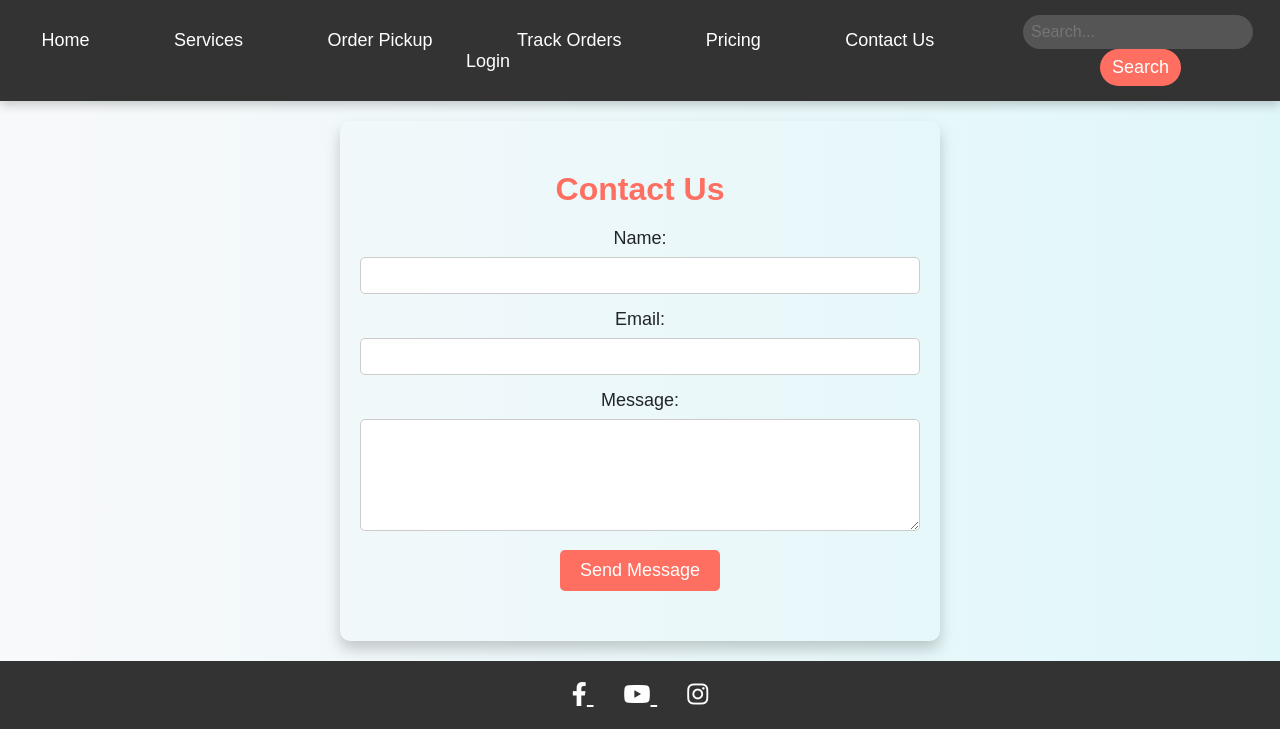
Repository: wmrmweerakoon/Online-Laundry-Management-System
Page: http://localhost/LaundryManagementSystem/contact.jsp
These files come from the project's save history. The page is drawn as it stood at one moment and after the next save; the edit follows.
The browser window is 1280 px wide. The pictures show the whole page.
The page is served by Tomcat 9. Other server files are loaded and not shown.

Above is the page before, as saved 2024-10-13 08:19:06.

### Projects/LaundryManagementSystem/src/main/webapp/contact.jsp
<%@ page language="java" contentType="text/html; charset=UTF-8"
    pageEncoding="UTF-8"%>
<!DOCTYPE html>
<html lang="en">
<head>
    <meta charset="UTF-8">
    <meta name="viewport" content="width=device-width, initial-scale=1.0">
    <title>Online Laundry Management System</title>
    <link rel="stylesheet" href="CSS/contact.css">
    <link rel="stylesheet" href="https://cdnjs.cloudflare.com/ajax/libs/font-awesome/6.0.0-beta3/css/all.min.css">

</head>
<body>
    <header>
        <nav>
            <ul>
                <li><a href="home.jsp">Home</a></li>
                <li><a href="services.jsp">Services</a></li>
                <li><a href="order.jsp">Order Pickup</a></li>
                <li><a href="track.jsp">Track Orders</a></li>
                <li><a href="pricing.jsp">Pricing</a></li>
                <li><a href="contact.jsp">Contact Us</a></li>
                <li><a href="Login.jsp">Login</a></li>
            </ul>
            <div class="search-container">
                <input type="text" id="search" placeholder="Search...">
                <button onclick="performSearch()">Search</button>
            </div>
        </nav>
    </header>
    </html>

    <section class="contact-section">
        <h1>Contact Us</h1>
        <form id="contact-form" action="/contactServlet" method="POST" >
            <label for="name">Name:</label>
            <input type="text" id="name" name="name" required>

            <label for="email">Email:</label>
            <input type="email" id="email" name="email" required>

            <label for="message">Message:</label>
            <textarea id="message" name="message" rows="6" required></textarea>

            <button type="submit">Send Message</button>
        </form>
    </section>

    <!-- Social Media Footer -->
    <footer class="social-media">
        <a href="https://www.facebook.com" target="_blank" class="social-icon">
            <i class="fab fa-facebook-f"></i>
        </a>
        <a href="https://www.youtube.com" target="_blank" class="social-icon">
            <i class="fab fa-youtube"></i>
        </a>
        <a href="https://www.instagram.com" target="_blank" class="social-icon">
            <i class="fab fa-instagram"></i>
        </a>
    </footer>

    <script >

document.getElementById('contact-form').addEventListener('submit', function(event) {
    event.preventDefault(); // Prevent the default form submission

    const name = document.getElementById('name').value;
    const email = document.getElementById('email').value;
    const message = document.getElementById('message').value;

    if (!name || !email || !message) {
        alert('Please fill out all fields.');
        return;
    }

    if (!validateEmail(email)) {
        alert('Please enter a valid email address.');
        return;
    }

    alert('Your message has been sent successfully!');
    // Here you can add code to send the form data to a server or an email service.
});

function validateEmail(email) {
    const re = /^[^\s@]+@[^\s@]+\.[^\s@]+$/;
    return re.test(String(email).toLowerCase());
}

    </script>

### Projects/LaundryManagementSystem/src/main/webapp/CSS/contact.css
@charset "UTF-8";
/* Define CSS Variables for easy customization */
:root {
    --primary-color: #ff6f61; /* Coral Pink */
    --secondary-color: #ff9a76; /* Light Coral */
    --accent-color: #ffffff; /* White */
    --hover-color: #ff4824; /* Darker Coral */
    --menu-bg-color: #333; /* Darker gray for menu bar */
    --menu-hover-bg-color: #444; /* Slightly lighter gray for hover */
    --menu-text-color: #ffffff; /* White text for contrast */
    --search-bar-bg: #555; /* Medium dark background for search bar */
    --bg-gradient-start: #f8f9fa; /* Light Gradient Start */
    --bg-gradient-end: #e0f7fa;  /* Light Teal Gradient End */
    --text-primary: #212529; /* Darker text color */
    --button-hover-color: #ff4824; /* Deep Coral */
}

* {
    margin: 0;
    padding: 0;
    box-sizing: border-box;
}

body {
    font-family: 'Arial', sans-serif;
    background: linear-gradient(to right, var(--bg-gradient-start), var(--bg-gradient-end));
    color: var(--text-primary);
}

/* Darker Menu Bar */
header {
    background-color: var(--menu-bg-color);
    padding: 15px 0;
    box-shadow: 0 4px 10px rgba(0, 0, 0, 0.2);
}

nav {
    text-align: center;
    display: flex;
    justify-content: center;
    align-items: center;
    position: relative;
}

nav ul {
    list-style-type: none;
}

nav ul li {
    display: inline-block;
    margin: 0 20px;
    position: relative;
}

nav ul li a {
    color: var(--menu-text-color); /* White text on darker background */
    text-decoration: none;
    font-size: 18px;
    padding: 12px 20px;
    transition: background-color 0.3s ease, transform 0.2s ease;
    position: relative;
    border-radius: 8px;
}

nav ul li a:hover {
    background-color: var(--menu-hover-bg-color); /* Slightly lighter gray */
    transform: scale(1.05);
    box-shadow: 0 4px 10px rgba(0, 0, 0, 0.2);
}

nav ul li a::after {
    content: '';
    position: absolute;
    width: 0;
    height: 3px;
    background-color: var(--primary-color); /* Coral underline on hover */
    left: 0;
    bottom: 0;
    transition: width 0.3s ease;
}

nav ul li a:hover::after {
    width: 100%;
}

/* Search Bar */
.search-container {
    display: inline-block;
    vertical-align: middle;
    margin-left: 20px;
}

.search-container input {
    padding: 8px;
    font-size: 16px;
    border: none;
    border-radius: 20px;
    width: 230px;
    background-color: var(--search-bar-bg); /* Medium dark background for search */
    color: var(--accent-color); /* White text in search bar */
    outline: none;
    transition: all 0.3s ease;
}

.search-container input:focus {
    width: 270px;
    background-color: #666;
}

.search-container button {
    padding: 8px 12px;
    background-color: var(--primary-color);
    color: var(--accent-color);
    border: none;
    border-radius: 20px;
    cursor: pointer;
    margin-left: 5px;
}

.search-container button:hover {
    background-color: var(--hover-color);
    box-shadow: 0 4px 6px rgba(0, 0, 0, 0.2);
}

/* Home Section */
.home-section {
    text-align: center;
    padding: 100px 20px;
    background-color: transparent; /* Let the gradient background show */
}

h1 {
    font-size: 42px;
    color: var(--primary-color);
    margin-bottom: 20px;
}

p {
    font-size: 20px;
    color: var(--text-primary);
    margin-bottom: 30px;
}

button {
    padding: 10px 20px;
    font-size: 18px;
    background-color: var(--primary-color);
    color: var(--accent-color);
    border: none;
    cursor: pointer;
    border-radius: 20px;
    transition: background-color 0.3s ease, transform 0.3s ease;
}

button:hover {
    background-color: var(--button-hover-color);
    transform: scale(1.05);
}
/* Slider Styling */
.slider {
    width: 90%;
    max-width: 900px;
    margin: 40px auto;
    position: relative;
    overflow: hidden;
    border-radius: 15px;
    box-shadow: 0 8px 15px rgba(0, 0, 0, 0.3);
}

.slider-img {
    width: 110%;
    height: 250px; /* Reduced height */
    object-fit: cover;
    border-radius: 15px;
    transition: transform 0.3s ease-in-out;
    transform: translateX(-5%);
}

.slider-img:hover {
    transform: scale(1.05) translateX(-5%);
}



/* New Information Section Styling */
.info-section {
    text-align: center;
    padding: 50px 20px;
    background-color: var(--bg-gradient-start); /* Light background to complement the page */
    color: var(--text-primary);
}

.info-section h2 {
    font-size: 32px;
    color: var(--primary-color);
    margin-bottom: 20px;
}

.info-section p {
    font-size: 18px;
    margin-bottom: 20px;
}

.info-section ul {
    list-style-type: none;
    padding: 0;
}

.info-section ul li {
    font-size: 18px;
    padding: 10px 0;
}
/* Image Row Styling */
.image-row {
    display: flex;
    justify-content: center;
    align-items: center;
    gap: 20px; /* Space between images */
    margin: 40px 0;
}

.image-small {
    width: 200px;
    height: auto; /* Maintain aspect ratio */
    border-radius: 10px;
    box-shadow: 0 4px 10px rgba(0, 0, 0, 0.2);
    transition: transform 0.3s ease, box-shadow 0.3s ease;
}

.image-small:hover {
    transform: scale(1.05);
    box-shadow: 0 8px 16px rgba(0, 0, 0, 0.3);
}
/* Social Media Links Styling */
/* Social Media Icons */
.social-media {
    text-align: center;
    padding: 20px 0;
    background-color: var(--menu-bg-color); /* Match the menu bar color */
}

.social-media a {
    color: var(--accent-color);
    font-size: 24px;
    margin: 0 15px;
    transition: color 0.3s ease;
}

.social-media a:hover {
    color: var(--primary-color);
}

.social-icon img {
    width: 24px;
    height: 24px;
    transition: transform 0.3s ease;
}

.social-icon img:hover {
    transform: scale(1.1);
}
.contact-section {
    text-align: center;
    padding: 50px 20px;
    background-color: var(--form-bg-color);
    margin: 20px auto;
    max-width: 600px; /* Reduced width */
    border-radius: 10px;
    box-shadow: 0 8px 15px rgba(0, 0, 0, 0.2);
}

.contact-section h1 {
    font-size: 32px;
    color: var(--primary-color);
    margin-bottom: 20px;
}

.contact-section label {
    display: block;
    font-size: 18px;
    margin-bottom: 8px;
}

.contact-section input,
.contact-section textarea {
    width: 100%;
    padding: 10px;
    border-radius: 5px;
    border: 1px solid #ccc;
    margin-bottom: 15px;
}

.contact-section textarea {
    resize: vertical;
}

.contact-section button {
    padding: 10px 20px;
    font-size: 18px;
    background-color: var(--primary-color);
    color: var(--accent-color);
    border: none;
    border-radius: 5px;
    cursor: pointer;
    transition: background-color 0.3s ease;
}

.contact-section button:hover {
    background-color: var(--hover-color);
}

After the next save:
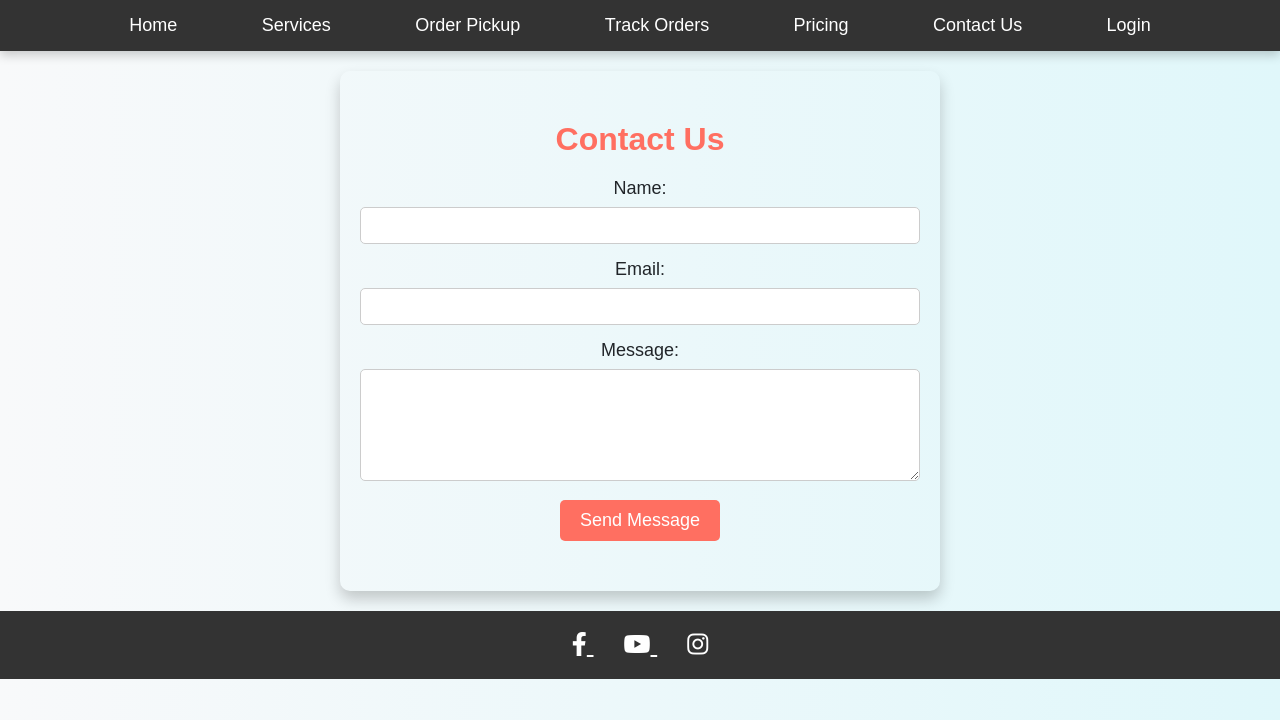
Saved 17 s later.
--- a/Projects/LaundryManagementSystem/src/main/webapp/contact.jsp
+++ b/Projects/LaundryManagementSystem/src/main/webapp/contact.jsp
@@ -5,10 +5,9 @@
 <head>
     <meta charset="UTF-8">
     <meta name="viewport" content="width=device-width, initial-scale=1.0">
-    <title>Online Laundry Management System</title>
+    <title>Contact Us - Online Laundry Management System</title>
     <link rel="stylesheet" href="CSS/contact.css">
     <link rel="stylesheet" href="https://cdnjs.cloudflare.com/ajax/libs/font-awesome/6.0.0-beta3/css/all.min.css">
-
 </head>
 <body>
     <header>
@@ -22,17 +21,12 @@
                 <li><a href="contact.jsp">Contact Us</a></li>
                 <li><a href="Login.jsp">Login</a></li>
             </ul>
-            <div class="search-container">
-                <input type="text" id="search" placeholder="Search...">
-                <button onclick="performSearch()">Search</button>
-            </div>
         </nav>
     </header>
-    </html>
 
     <section class="contact-section">
         <h1>Contact Us</h1>
-        <form id="contact-form" action="/contactServlet" method="POST" >
+        <form id="contact-form" action="contactServlet" method="POST">
             <label for="name">Name:</label>
             <input type="text" id="name" name="name" required>
 
@@ -44,9 +38,23 @@
 
             <button type="submit">Send Message</button>
         </form>
+
+        <div>
+            <%
+                if (request.getAttribute("successMessage") != null) {
+            %>
+                <p style="color: green;"><%= request.getAttribute("successMessage") %></p>
+            <%
+                }
+                if (request.getAttribute("errorMessage") != null) {
+            %>
+                <p style="color: red;"><%= request.getAttribute("errorMessage") %></p>
+            <%
+                }
+            %>
+        </div>
     </section>
 
-    <!-- Social Media Footer -->
     <footer class="social-media">
         <a href="https://www.facebook.com" target="_blank" class="social-icon">
             <i class="fab fa-facebook-f"></i>
@@ -58,33 +66,5 @@
             <i class="fab fa-instagram"></i>
         </a>
     </footer>
-
-    <script >
-
-document.getElementById('contact-form').addEventListener('submit', function(event) {
-    event.preventDefault(); // Prevent the default form submission
-
-    const name = document.getElementById('name').value;
-    const email = document.getElementById('email').value;
-    const message = document.getElementById('message').value;
-
-    if (!name || !email || !message) {
-        alert('Please fill out all fields.');
-        return;
-    }
-
-    if (!validateEmail(email)) {
-        alert('Please enter a valid email address.');
-        return;
-    }
-
-    alert('Your message has been sent successfully!');
-    // Here you can add code to send the form data to a server or an email service.
-});
-
-function validateEmail(email) {
-    const re = /^[^\s@]+@[^\s@]+\.[^\s@]+$/;
-    return re.test(String(email).toLowerCase());
-}
-
-    </script>
+</body>
+</html>
